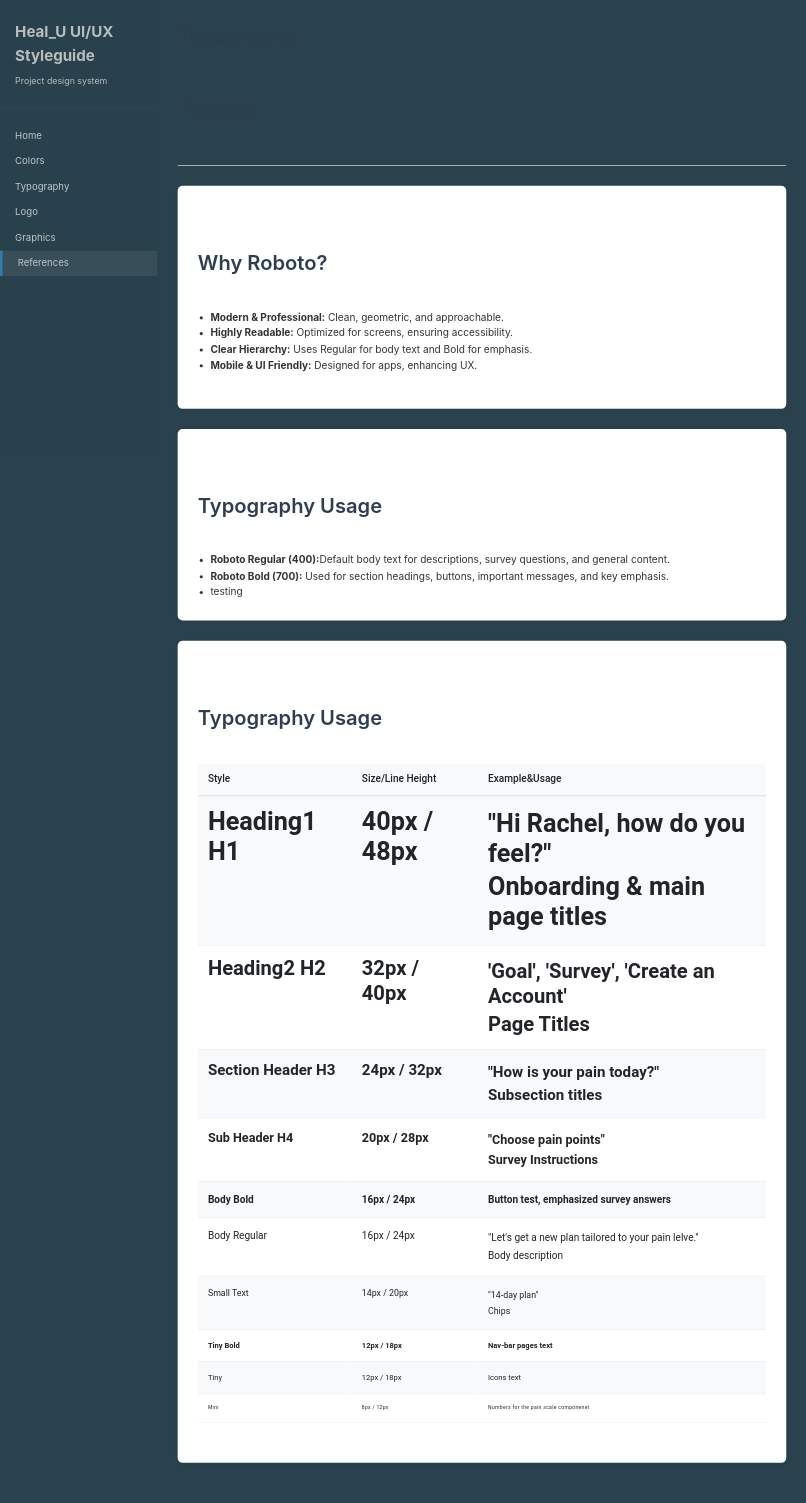
Repository: rosielee09/Heal_U
Page: typography.html
These files come from the project's save history. The page is drawn as it stood at one moment and after the next save; the edit follows.
The browser window is 1280 px wide. The pictures show the whole page, at 63% of full size.

Above is the page before, as saved 2025-04-06 10:05:36.

After the next save:
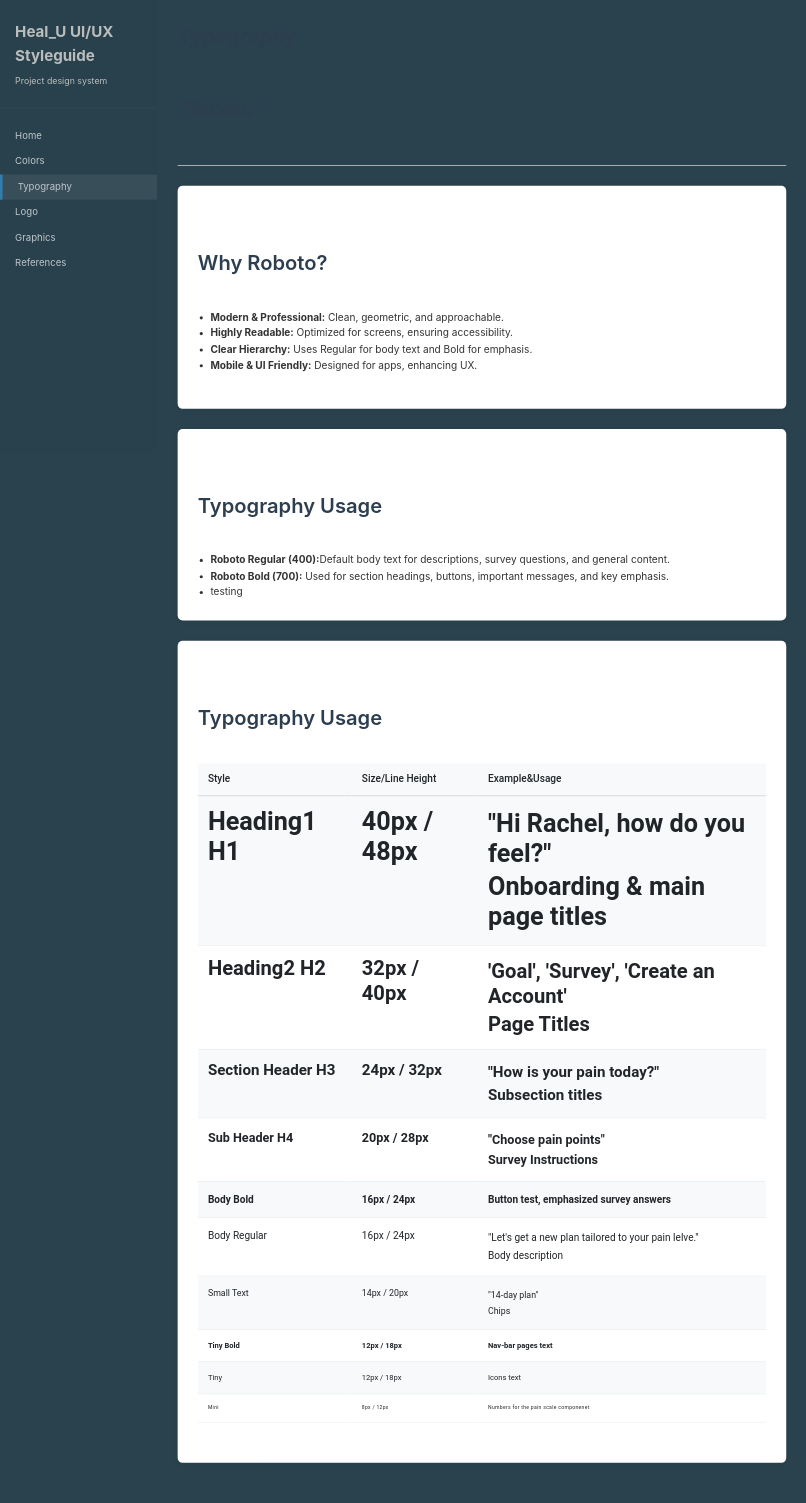
Saved 95 s later.
--- a/typography.html
+++ b/typography.html
@@ -18,10 +18,10 @@
             <ul class="nav">
                 <li><a href="index.html">Home</a></li>
                 <li><a href="colors.html">Colors</a></li>
-                <li><a href="typography.html">Typography</a></li>
+                <li  class="active"><a href="typography.html">Typography</a></li>
                 <li><a href="logo.html">Logo</a></li>
                 <li><a href="graphics.html">Graphics</a></li>
-                <li class="active"><a href="references.html">References</a></li>
+                <li><a href="references.html">References</a></li>
             </ul>
         </div>
 
